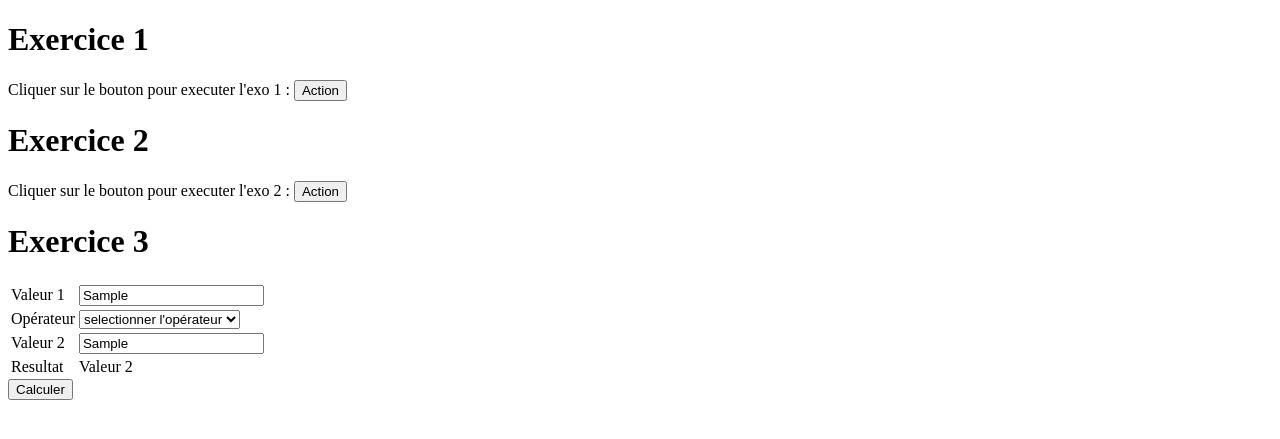
Repository: AgatheLM/formation_js
Page: insee-travaux-js/insee-client-js/index.html
An editor plug-in stored every save of this project. The page is shown before and after the next save, followed by the edit.
The browser window is 1280 px wide. The pictures show the whole page.
Empty fields were first filled with sample values (such as "Sample", 5 or name@example.com).
After loading, the first visible `input[onclick="main_exo3()"]` was clicked once.

Above is the page before, as saved 2018-01-24 13:01:17.

### insee-travaux-js/insee-client-js/index.html
<!DOCTYPE html>
<html>
<head>
<meta charset="utf-8">
<meta http-equiv="X-UA-Compatible" content="IE=edge">
<title>Ma page de calcul</title>
<script type="text/javascript" src="scripts/main.js"></script>
</head>
<body>

	<h1>Exercice 1</h1>
	<form action="">
		Cliquer sur le bouton pour executer l'exo 1 : <input type="button"
			value="Action" onclick="main()" />
	</form>

	<h1>Exercice 2</h1>
	<form action="">
		Cliquer sur le bouton pour executer l'exo 2 : <input type="button"
			value="Action" onclick="main_exo2()" />
	</form>

	<h1>Exercice 3</h1>
	<form action="">
		<table>
			<tr>
				<td><label for="val1"> Valeur 1 </label> </td>
				<td><input type="text" name="val1" id="val1" /></td>
			</tr>
			<tr>
				<td><label for="operateur"> Opérateur </label> </td>
				<td><select name="operateur" id="operateur">
						<option value="none">selectionner l'opérateur</option>
						<option value="+">+</option>
						<option value="-">-</option>
						<option value="*">*</option>
						<option value="/">/</option>
				</select></td>
			</tr>
			<tr>
				<td><label for="val2" > Valeur 2 </label></td>
				<td><input type="text" name="val2" id="val2" /></td>
			</tr>
			<tr>
				<td><label for="resultat" > Resultat</label></td>
				<td><label id="result" name="result"> Valeur 2 </label></td>
			</tr>
		</table>
			<input type="button" value="Calculer" onclick="main_exo3()" />
			<!--  <input type="button" value="Reinit" onclick="main_exo3()" />-->
	</form>


</body>
</html>

### insee-travaux-js/insee-client-js/scripts/main.js
function main(){

	// Exercice 1
	try{
		// 1 - Demande à l'utilisateur
		var largeur = prompt ('Renseigner la largeur?','');
		var longueur = prompt ('Renseigner la longueur?','');
		//2. Appel aux fonctions utilitaires
		var surface=calculSurface(longueur, largeur);
		var perimetre=calculPerimetre(longueur, largeur);
		//3. Affichage du résultat
		alert ("La surface est de " + surface);
		alert ("Le périmètre est de " + perimetre);
	} catch(e) {
		console.log(e);
	}


}

function main_exo2(){

	/*Exercice 2 : Manipulation des tableaux
	Nous souhaitons afficher les éléments d’un tableau selon l’indice fourni par un utilisateur.
	Cette action sera répétée autant de fois jusqu’à ce que l’utilisateur saisisse le nombre « -1 » pour sortir.
	Travail à faire :
	- Coder une fonction qui initialisera le tableau ci dessous :
	var tab = new Array("Hollande","ZOME","Sarkozy","LE PEN","LE MAIRE","VALLS"
	- Faire pointer l’action du bouton sur cette nouvelle fonction.
	*/

	try{
		var tab = initTableau();
		var max=tab.length;
		var i = 0;
		while (i!=-1 ){
			i = parseInt(prompt ('Quel élément voulez vous?'));
			if ( i<max){
				alert(afficheElement(tab,i));
				//i = prompt ('Quel élément voulez vous?');
			} else  {
				alert ("Indice incorrect, il n'y a que " + max + " élements");
				//i = prompt ('Quel élément voulez vous?');
			}
		}

	} catch(e) {
		console.log(e);
	}


}



/*************************
* Sous fonctions exo 1   *
*************************/


	function calculSurface (longueur, largeur)  {
		try {
			surface=longueur*largeur;
			return surface;
		} catch(e){
			console.log(e);
		}

	}

	function calculPerimetre (longueur, largeur){
		try {
			perimetre=2*longueur+2*largeur;
			return perimetre;
		}catch(e){
			console.log(e);
		}

	}


/*************************
* Sous fonctions exo 2   *
*************************/

	function initTableau(){
		return new Array("Hollande","ZOME","Sarkozy","LE PEN","LE MAIRE","VALLS");
	}


	function afficheElement(tab, i){
		return tab[i];
	}



/*************************
* Sous fonctions exo 3   *
*************************/

	function main_exo3(){

		/*Exercice 3 : Faire une calculette*/

		try{

			var v1 = document.getElementById("val1");
			var v2 = document.getElementById("val2");
			var op = document.getElementById("operateur");

			var result = eval(v1+operateur+v2);
			alert (v1);
			alert (v2);
			alert (result);
			result.innerHTML=result;

		} catch(e) {
			console.log(e);
		}


	}

After the next save:
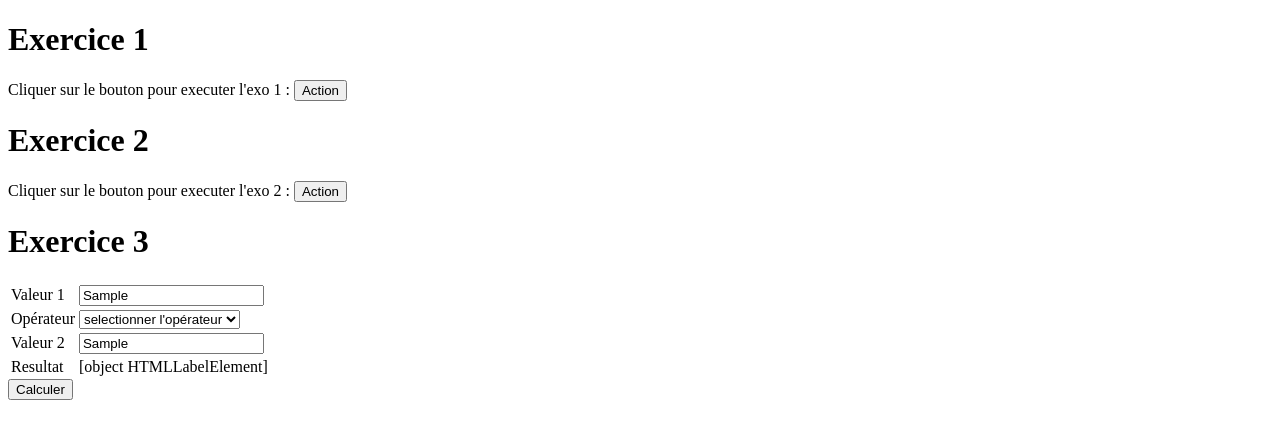
Saved 9 s later.
--- a/insee-travaux-js/insee-client-js/scripts/main.js
+++ b/insee-travaux-js/insee-client-js/scripts/main.js
@@ -108,10 +108,10 @@ function main_exo2(){
 			var v2 = document.getElementById("val2");
 			var op = document.getElementById("operateur");
 
-			var result = eval(v1+operateur+v2);
+			//var result = eval(v1+operateur+v2);
 			alert (v1);
 			alert (v2);
-			alert (result);
+			//alert (result);
 			result.innerHTML=result;
 
 		} catch(e) {
